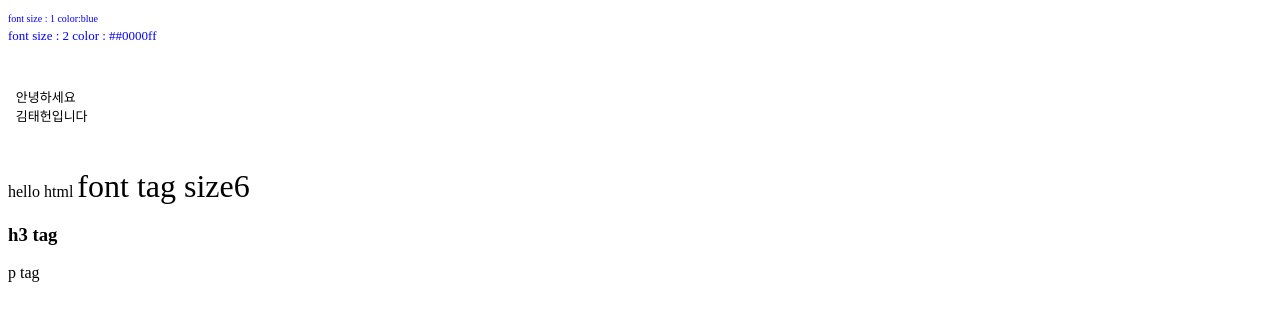
Repository: xsa1113/posco_ict
Page: html/TestSample/WebContent/index3.html
The author's editor kept a copy of each file at every save. The page is drawn from the files as they stood at one save, then again after the next save.
The browser window is 1280 px wide. The pictures show the whole page.

Above is the page before, as saved 2022-05-04 07:41:37.

After the next save:
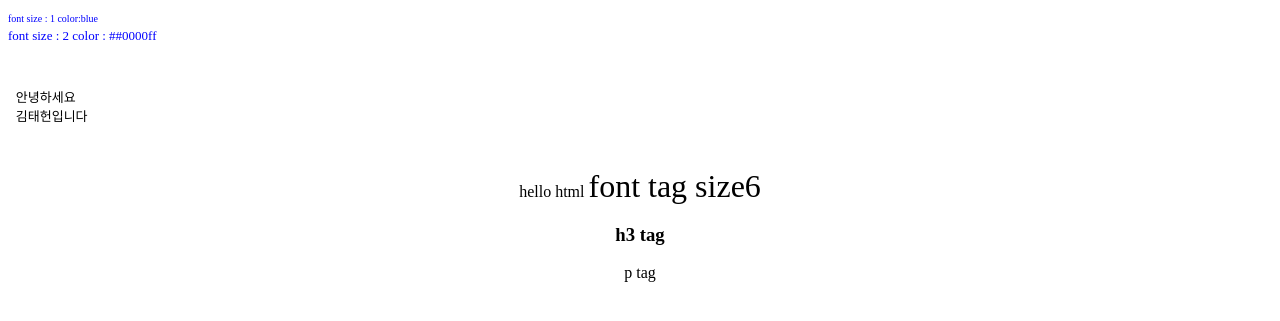
Saved 12 s later.
--- a/html/TestSample/WebContent/index3.html
+++ b/html/TestSample/WebContent/index3.html
@@ -25,7 +25,7 @@ font, div
   -->
  </pre>
 
- <div>hello html
+ <div align = "center">hello html
  <font size="6"> font tag size6</font>
 <h3>h3 tag</h3>
 <p>p tag</p>
